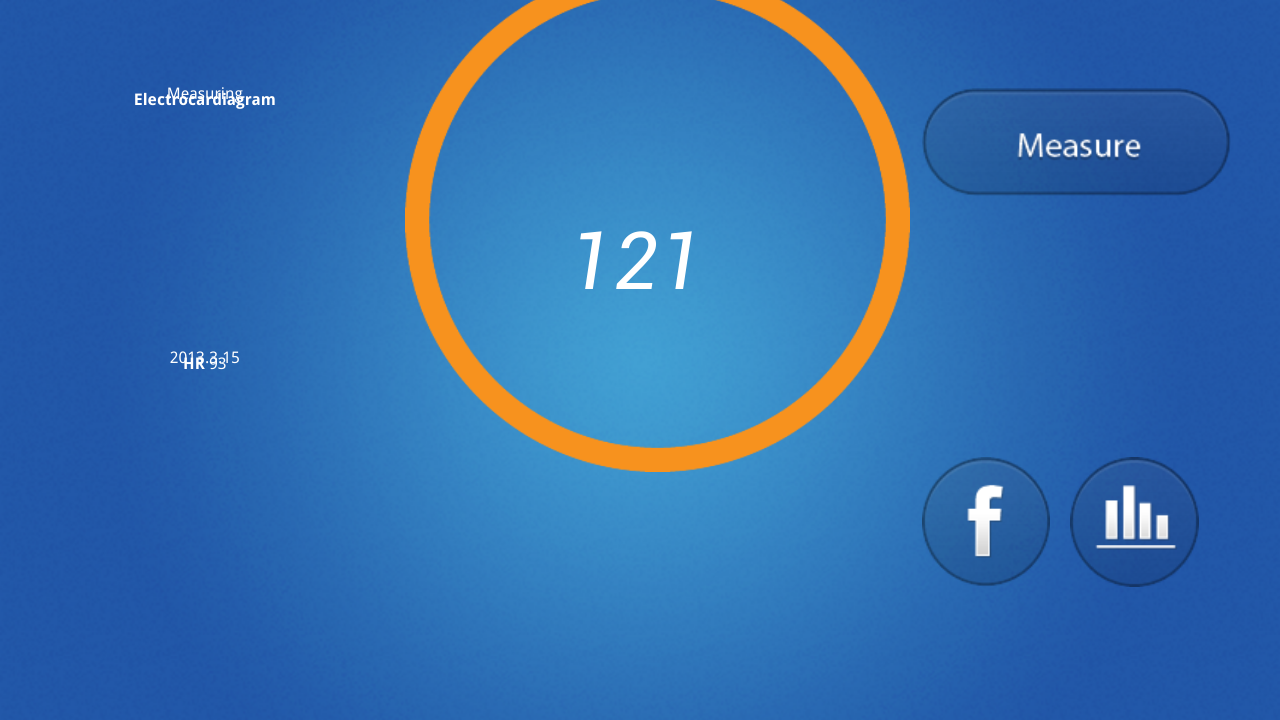
Repository: chouwill79131/IEcontest
Page: BluetoothChat/assets/complete.html
An editor plug-in stored every save of this project. The page is shown before and after the next save, followed by the edit.
The browser window is 1280 px wide. The pictures show the whole page.

Above is the page before, as saved 2013-03-08 18:41:38.
Console error: TypeError: Cannot set properties of null (setting 'innerHTML')

### BluetoothChat/assets/complete.html
<html>
  <head>
    <meta http-equiv="Content-Type" content="text/html; charset=utf-8"/>
    <link href="complete.css" rel="stylesheet"/>
    <script src="jquery.js"></script>
    <script src="highcharts.js"></script>
    <script src="delay.js"></script>
    <script src="main.js"></script>
  </head>
  <body>
    <div id="main" >
    	<div class="left">
			<div class="text">
				<div class="word">Electrocardiagram</div><br />
				<div class="subword">Measuring</div><br />

				<div class="hr">HR <span id="hr">93</span></div><br />
				<div class="date">2013.3.15</div>
			</div>

		</div>

		<div class="mid">
			<div class="score">121</div>
			<img class="circle" src="button/circle.png" />
		</div>

		<div class="right">
			<button class="measure"><img src="button/Measure.png" /></button><br />
			<button class="share" ><img src="button/Share.png" /></button>
			<button class="record"><img src="button/Record.png" /></button>
		</div>




	</div>
  </body>
</html>

### BluetoothChat/assets/complete.css
@font-face {
    font-family: droidsans;
    src: url(fonts/droidsans.ttf);
}

@font-face {
    font-family: DroidSans-Bold;
    src: url(fonts/DroidSans-Bold.ttf);
}

@font-face {
    font-family: DroidSans-Italic;
    src: url(fonts/DroidSans-Italic.ttf);
}


body { margin:0; padding:0;}
#main { width: auto; height: 100%; background-image: url(button/background.png); background-size: 100% 100%; }
.left, .mid, .right {float: left; height: 100%; }


.left {  width: 28%; padding-left:2%;}
.text, .hr , .date{ text-align: center; color:white;}
.word { margin-top: 25%;  font-family: DroidSans-Bold ; }
.subword, .date { margin-top:-12%; font-family: droidsans ;}
.hr {  margin-top: 65%;  font-family: DroidSans-Bold ;}
.date { font-family: droidsans ;}
#hr { font-family: droidsans ;}

.mid { width: 41%; }
.circle { width: auto; height:70%; margin-left: 4%; }
.score { color:white ; z-index: 1; text-align:center; margin-top:41% ; margin-left:-4% ;font-family: DroidSans-Italic ;font-size: 60pt;}
.circle { margin-left:4% ; margin-top: -65%; z-index: 2; }

.right { width: 29%; }
.right button { float: left; border: none; background: transparent; }
.measure img {margin-top: 10%; width: auto;  height:15%; }
.share img, .record img { width: auto;  height:18%; }
.measure { margin-left: 2%; margin-top: 15%; }
.share, .record { background: red;margin-top: 70%; margin-left: 2%; }


<!--
border? font? .record_top
-->

### BluetoothChat/assets/delay.js

$(function(){
setTimeout(function(){
$.getScript("dy_chart.js");
},200)
})

### BluetoothChat/assets/main.js
var chart;
var step = 0.01;	//step0.008每秒125點	//0.005極限
var xstart = step;
var hr = "--";
var score = "--";
var index;
$(document).ready(function ready() {

    var s = "";
    var theDate = new Date();
    s += theDate.getYear()+1900 + ".";                //  年
    s += (theDate.getMonth() + 1) + ".";				// 月
    s += theDate.getDate(); 							// 日
    document.getElementById("date").innerHTML = s;
    index = document.getElementById("main").innerHTML; //保留首頁

    $(".measure").live("click", function() {
      measure();
    }); //click .measure


}); //(document).ready

function shared(){
	view1 = document.getElementById("rhythm").innerHTML;
	document.getElementById("rhythm").innerHTML = view1+'<img class="stop" src="button/complete.png" style="width:100%; margin-top: -50% ;z-index:5;position: relative;" />';
	$("#main").live("click", function() {
      document.getElementById("rhythm").innerHTML = view1;
    });
}

function complete(hr1,score1){
  hr = hr1;
  score = score1;
  view = document.getElementById("dy_chart").innerHTML;
  document.getElementById("dy_chart").innerHTML = view+'<img class="stop" src="button/Completed.png" style="width:50%; margin: -20% 0% 0% 25%; z-index:2;position: relative;" />';
  $(".stop").html('<img src="button/Continue.png" />');
}

function addSomething(a) {
  for (var i in a){
    chart.series[0].addPoint([xstart,a[i]],false,true);
    xstart += step;
  }
  chart.redraw();
}

function history(history){
	view2 = document.getElementById("main").innerHTML;
    $("#main").html(
    '<div class="main1">'+
	'<div class="contain">'+
	'<div id="dy_chart" style="z-index:1;position: relative;"></div>'+
	'</div>'+
	'<div id="foot">'+
	'<button class="stop">'+
	'<img src="button/Back.png" />'+
	'</button>'+
	'</div>'+
    '</div>'
    );

    Highcharts.setOptions({
      global: {
	useUTC: true
      }
    });

    hischart = new Highcharts.Chart({
      chart: {
		renderTo: 'dy_chart',
		backgroundColor: 'transparent',
		type: 'line',
      },
      title: {
		style:{ color: '#FFFFFF'},
		text: 'Measure history',
      },
      credits: {			// highchart.com
		enabled:false
      },
      legend: {  			// 線的標示
        enabled: false
      },
      xAxis: {
      	type: 'datetime',
		dateTimeLabelFormats: { // don't display the dummy year
	  		month: '%e. %b',
	  		year: '%b'
		},
		lineColor: '#FFFFFF',
		labels: {
	  		style: {
				color: '#FFFFFF',
			}
		}
	  },
	  yAxis: {
	    title: {text: 'Feeling',
	    			style: {
						color: '#FFFFFF',
					}
				},
	  	gridLineColor: '#FFFFFF',
	  	labels: {
	  		style: {
				color: '#FFFFFF',
			}
		}
	  },
	  plotOptions: {
                line: {
                    dataLabels: {
                        enabled: true,
                        color: '#FFFFFF',
                    },
                    enableMouseTracking: true,
                }
      },
	series: [{
	  name: 'measure history',
	  color: '#FFFFFF',
	  data: history
	}],
    });

    $(".stop").live("click", function(){
 //     hr = "--";
      $(".main1").html(view2);
 //     document.getElementById("hr").innerHTML = hr;
    });
};// .record click

function measure(){
	xstart = 0.01;
	$("#main").html('<div class="main1">'+
		'<div class="contain">'+
		'<div id="dy_chart" style="z-index:1;position: relative;"></div>'+
		'</div>'+
		'<div id="foot">'+
		'<button class="stop" onclick="window.MyHandler.disconnect()">'+
		'<img src="button/Stop.png" />'+
		'</button>'+
		'</div>'+
      	'</div>');
    Highcharts.setOptions({
      global: {useUTC: true }
    });
    chart = new Highcharts.Chart({
      chart: {
		renderTo: 'dy_chart',
		backgroundColor: 'transparent',
		type: 'spline',
		marginRight: 10,
      },
      credits: {enabled:false},
      title: {
		style:{ color: '#FFFFFF'},
		text: 'Electrondiagram',
      },
      xAxis: {
		type: 'x Axis',
		style:{ color: '#FFFFFF'},
		tickPixelInterval: 100,
		lineColor: '#FFFFFF',
		labels: {style: {color: '#FFFFFF'}},
      },
      yAxis: {
      	title: {
      		text: 'Score',
      		style: {color: '#FFFFFF'}},
	  		gridLineColor: '#FFFFFF',
	  		labels: {style: {color: '#FFFFFF'}},
			//max:1500,
			//min:0,
			title: {
	  			style:{ color: '#FFFFFF'},
	  			text: 'PPG'
	  		},
			plotLines: [{value: 0,width: 1}]
      	},
      	legend: {enabled: false},
      	exporting: {enabled: false},
      	plotOptions: {
			spline: {
	  			lineWidth: 1,
	  			states: {
	    			hover: {
	      				enabled: false,
	      				lineWidth: 2
	    			}
	  			},
	  		marker: {
	    		enabled: false,
	    		states: {
	      			hover: {
						enabled: false,
	      			}
	    		}
	  		},
		}
      }, // yAxis
      series: [{
		name: 'Data',
		color: '#FFFFFF',
		data: (function() {
	  		var data = [];
	  		var step = 0.01;	//step0.008每秒125點	//0.005極限
			var xstart = step;
	  		for (var i = -4; i <= xstart; i+=step){data.push({x: i,y: 0 });}
	  		return data;
		})()
		}]
    }); //Highcharts

    hr = '--';
    score = '--';
    $(".stop").live("click",function() {
      $(".main1").html(index);
      document.getElementById("hr").innerHTML = hr;
      document.getElementById("rhythm").innerHTML = '<div id="score">'+score+'</div><img class="circle" src="button/circle.png" />';
    }); //click .stop
}

### BluetoothChat/assets/dy_chart.js
var chart;
var step = 0.01;	//step0.008每秒125點	//0.005極限
var xstart = step;
//a = Math.random();
var hr = 15;
var score = 80;
function complete(hr1,score1){
	hr = hr1;
	score = score1;
	view = document.getElementById("dy_chart").innerHTML;
	document.getElementById("dy_chart").innerHTML = view+'<img class="stop" src="button/60.png" style="width:50%; margin: -20% 0% 0% 25%; z-index:2;position: relative;" /><br />'+hr+',<br />'+score;
}

function addSomething(a) {
//	setInterval(function() {        			 // for testing feq
	for (var i in a){
		chart.series[0].addPoint([xstart,a[i]],false,true);
		xstart += step;
	}

	/**
	chart.series[0].addPoint([xstart,a],false,true);
	xstart += step;
	**/

	chart.redraw();
//	}, 1000);									// for testing feq
}



$(function () {
	$(".stop").click(function() {
	$(".main1").html('  <div id="main" >'+
    	'<div class="left">'+
			'<div class="text">'+
				'<div class="word">Electrocardiagram</div><br />'+
				'<div class="subword">Measuring</div><br />'+
				'<div class="hr">HR <span id="hr"></span></div>'+
				'<div id="date"></div>'+
			'</div>'+
		'</div>'+
		'<div class="mid" id="mid">'+
			'<div class="score">84</div>'+
			'<img class="circle" src="button/circle.png" />'+
		'</div>'+
		'<div class="right">'+
			'<button class="measure"><img src="button/Measure.png" /></button><br />'+
			'<button class="share" ><img src="button/Share.png" /></button>'+
			'<button class="record"><img src="button/Record.png" /></button>'+
		'</div>'+
	'</div>');
 // 		window.location.href = "complete.html";
	});
    $(document).ready(function() {
        Highcharts.setOptions({
            global: {
                useUTC: false
            }
        });

        chart = new Highcharts.Chart({
            chart: {
                renderTo: 'dy_chart',
                backgroundColor: 'transparent',
                type: 'spline',
                marginRight: 10,
            },
            credits: {
            enabled:false
            }
            ,
            title: {
            	style:{ color: '#FFFFFF'},
                text: 'Electrondiagram',
            },
            xAxis: {
                type: 'x Axis',
                style:{ color: '#FFFFFF'},
                tickPixelInterval: 150
            },
            yAxis: {
            	max:1500,
            	min:0,
                title: {
                	style:{ color: '#FFFFFF'},
                    text: 'Value'
                },
                plotLines: [{
                    value: 0,
                    width: 1,
                }]
            },

            legend: {
                enabled: false
            },
            exporting: {
                enabled: false
            },
	    plotOptions: {
                spline: {
                   lineWidth: 1,
                   states: {
                       hover: {
                       	enabled: false,
                        lineWidth: 2
                       }
                   },
                   marker: {
                      enabled: false,
                      states: {
                          hover: {
                             enabled: false,
                          }
                      }
                  },
               }
            },
            series: [{
                name: 'Data',
                color: '#FFFFFF',
                data: (function() {
                    // generate an array of random data
                    var data = [],
                        time = (new Date()).getTime(),i;

                    for (i = -4; i <= xstart; i+=step) {
                        data.push({
                            x: i,
                            y: 0
                        });
                    }
                    return data;
                })()
            }]
        });
    });
});

Loaded but not shown: BluetoothChat/assets/jquery.js (library); BluetoothChat/assets/highcharts.js (library)

After the next save:
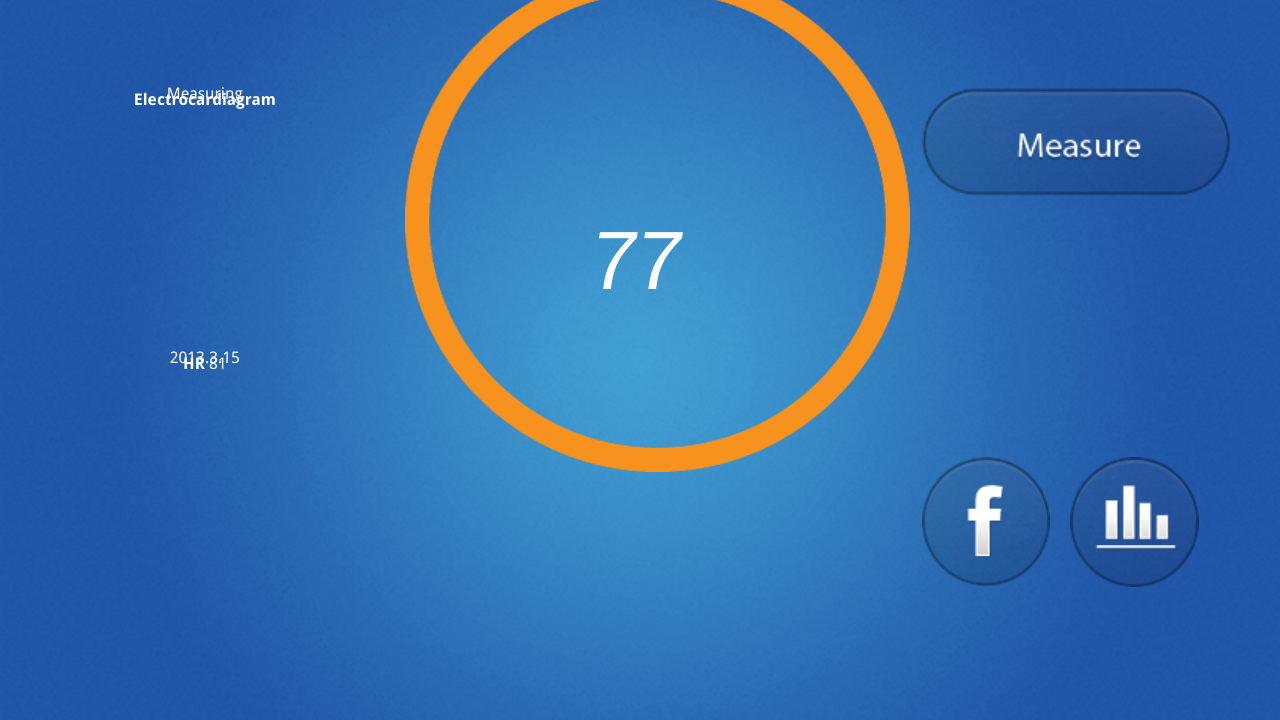
Saved 68 s later.
--- a/BluetoothChat/assets/complete.html
+++ b/BluetoothChat/assets/complete.html
@@ -14,14 +14,14 @@
 				<div class="word">Electrocardiagram</div><br />
 				<div class="subword">Measuring</div><br />
 
-				<div class="hr">HR <span id="hr">93</span></div><br />
+				<div class="hr">HR <span id="hr">81</span></div><br />
 				<div class="date">2013.3.15</div>
 			</div>
 
 		</div>
 
 		<div class="mid">
-			<div class="score">121</div>
+			<div class="score">77</div>
 			<img class="circle" src="button/circle.png" />
 		</div>
 
